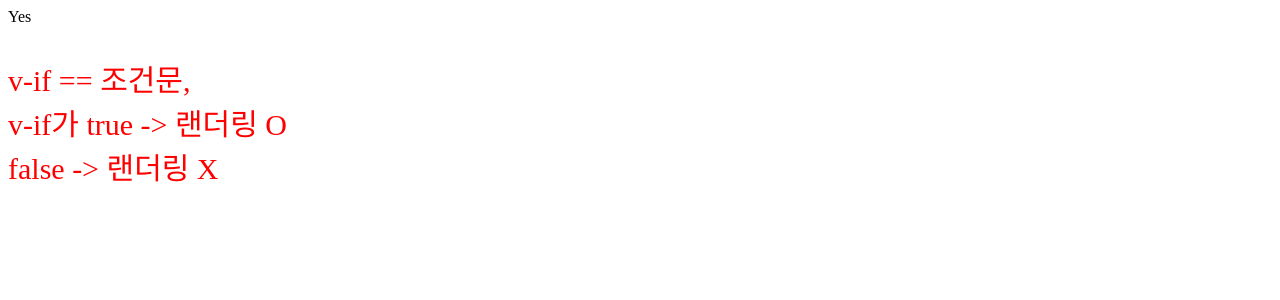
Repository: RyuGeunHwan/code_J
Page: Vuejs/22-08-10 vuejs v-if and v-show.html
An editor plug-in stored every save of this project. The page is shown before and after the next save, followed by the edit.
The browser window is 1280 px wide. The pictures show the whole page.

Above is the page before, as saved 2022-08-10 09:24:32.

After the next save:
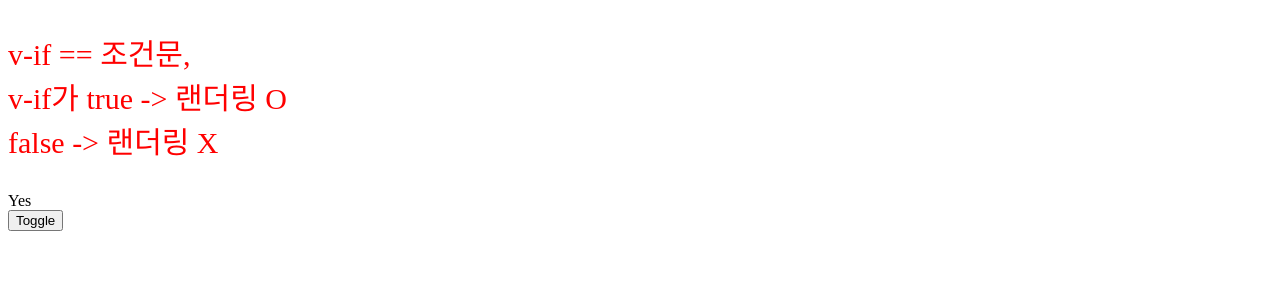
Saved 68 s later.
--- a/Vuejs/22-08-10 vuejs v-if and v-show.html
+++ b/Vuejs/22-08-10 vuejs v-if and v-show.html
@@ -9,8 +9,9 @@
 </head>
 <body>
     <div id="app">
+        <p :style="styleObject" v-if="show">v-if == 조건문, <br> v-if가 true -> 랜더링 O <br> false -> 랜더링 X</p>
         <div v-if="show">Yes</div>
-        <p :style="styleObject" v-if="show">v-if == 조건문, <br> v-if가 true -> 랜더링 O <br> false -> 랜더링 X</p>
+        <button @click="toggleShow">Toggle</button>
     </div>
     <script>
         new Vue({
